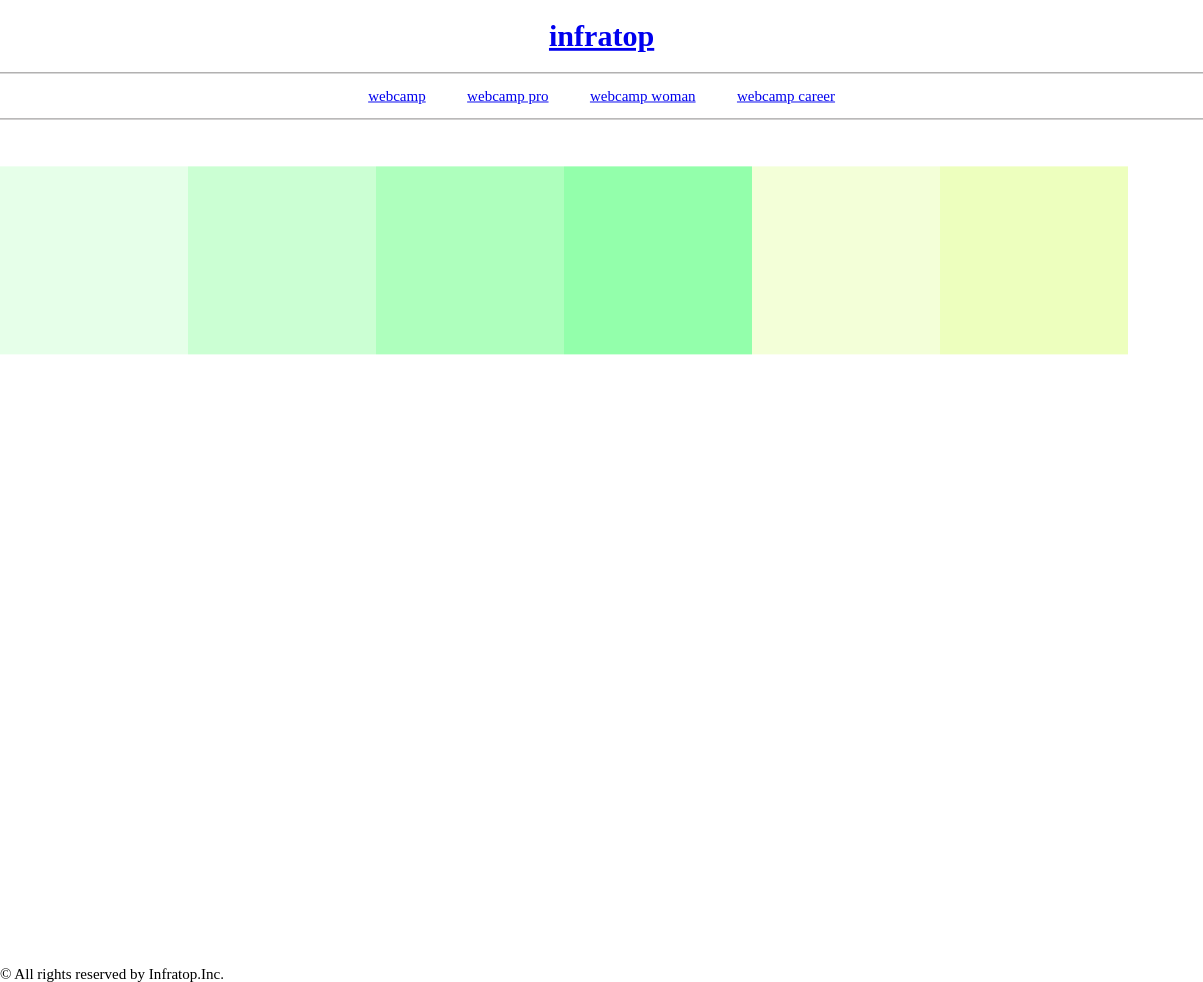
Repository: gukbvhrsui/r
Page: review2/review2.html
The author's editor kept a record of every edit. The page is drawn from the files as they stood at one moment, then again after the next edit.
The browser window is 1280 px wide. The pictures show the whole page, at 94% of full size.

Above is the page before.

### review2/review2.html
<!DOCTYPE html>
<html>
  <head>
  <meta charset="UTF-8">
  <title>演習１－５</title>
  <link rel="stylesheet" href="review2.css">
</head>
<body>
  <header>
    <h1>
      <a href="https://infratop.jp/">infratop</a>
    </h1>
  </header>
  <nav>
    <ul class="nav-list">
      <li class="nav-list-item">
       <a href="https://web-camp.io/">webcamp</a>
      </li>
      <li class="nav-list-item">
        <a href="https://web-camp.io/commit/">webcamp pro</a>
      </li>
      <li class="nav-list-item">
        <a href="https://web-camp.io/">webcamp woman</a>
      </li>
      <li class="nav-list-item">
        <a href="https://web-camp.io/">webcamp career</a>
      </li>
    </ul>
  </nav>
  <main>
    <box class="box1"></box>
    <box class="box2"></box>
    <box class="box3"></box>
    <box class="box4"></box>
    <box class="box5"></box>
    <box class="box6"></box>
    <box class="box7"></box>
    <box class="box8"></box>
    <box class="box9"></box>
    <box class="box10"></box>
    <box class="box11"></box>
    <box class="box12"></box>
  </main>
  <footer>
    <p>© All rights reserved by Infratop.Inc.</p>
  </footer>
</body>
</html>

### review2/review2.css
* {
  margin: 0;
  padding: 0;
  box-sizing: border-box;
}

header {
  width: 100%;
  padding: 20px 0;
  display: flex;
  justify-content: center;
}

.nav-list {
  text-align: center;
  margin: 0 auto;
  padding: 15px 0;
  border-top: 1px solid #848282;
  border-bottom: 1px solid #848282;
}

.nav-list-item {
  list-style: none;
  display: inline-block;
  margin: 0 20px;
}

main {
  margin: 50px auto;
  height: 800px;
  display: flex;
  flex-wrap: wrap;
}

.box1 {
  width: 200px;
  height: 200px;
  background-color: #e6ffe9;
}

.box2 {
  width: 200px;
  height: 200px;
  background-color: #cbffd3;
}

.box3 {
  width: 200px;
  height: 200px;
  background-color: #aeffbd;
}

.box4 {
  width: 200px;
  height: 200px;
  background-color: #93ffab;
}

.box5 {
  width: 200px;
  height: 200px;
  background-color: #f3ffd8;
}

.box6 {
  width: 200px;
  height: 200px;
  background-color: #edffbe;
}

.box7 {
  width: 200px;
  height: 200px;
  background-color: ;
}

.box8 {
  width: 200px;
  height: 200px;
  background-color: ;
}

.box9 {
  width: 200px;
  height: 200px;
  background-color: ;
}

.box10 {
  width: 200px;
  height: 200px;
  background-color: ;
}

.box11 {
  width: 200px;
  height: 200px;
  background-color: ;
}

.box12 {
  width: 200px;
  height: 200px;
  background-color: ;
}

After the next edit:
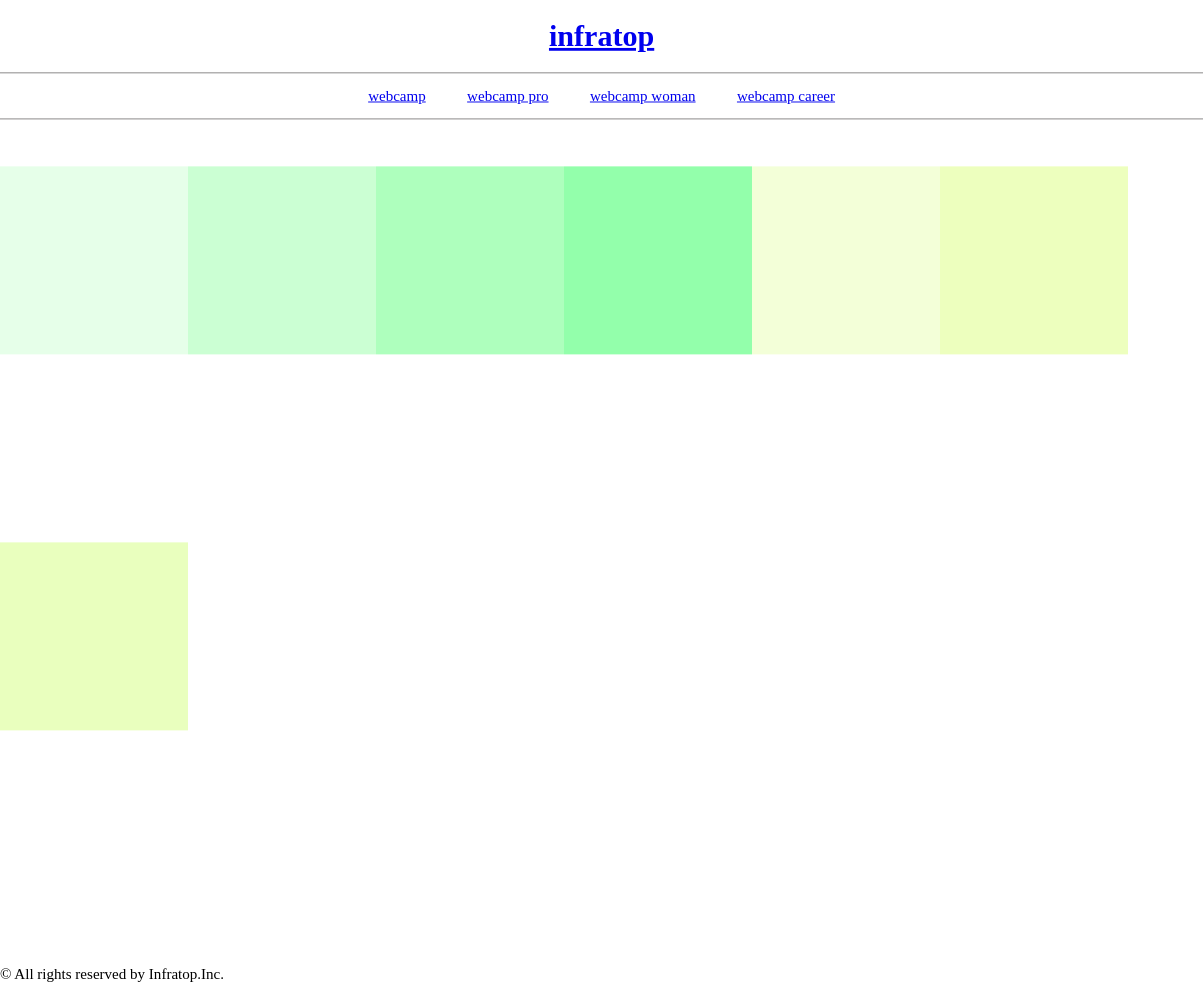
The edit:
--- a/review2/review2.css
+++ b/review2/review2.css
@@ -71,7 +71,7 @@
 .box7 {
   width: 200px;
   height: 200px;
-  background-color: ;
+  background-color: #e9ffbe;
 }
 
 .box8 {
